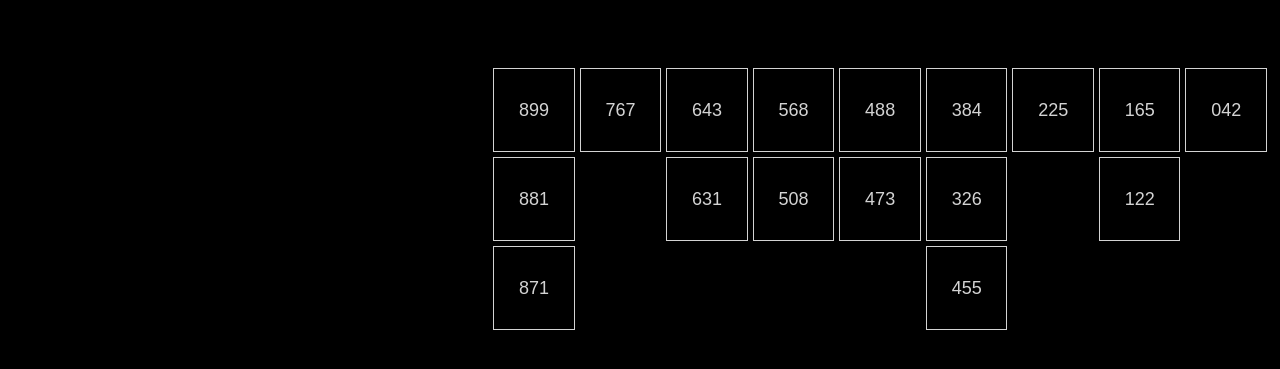
Repository: parkh899/parkh899.github.io
Page: lab/archive/archive.html
The author's editor kept a record of every edit. The page is drawn from the files as they stood at one moment, then again after the next edit.
The browser window is 1280 px wide. The pictures show the whole page.

Above is the page before.

After the next edit:
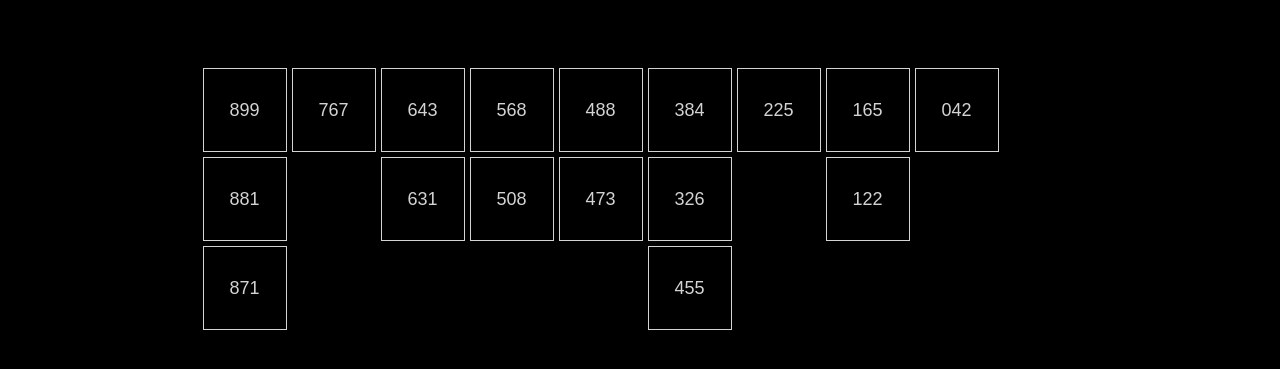
The edit:
--- a/lab/archive/archive.html
+++ b/lab/archive/archive.html
@@ -9,7 +9,7 @@
 
   table {
 	margin-top: 5%;
-	margin-left: 38%;
+	margin-left: 15%;
 	border-spacing: 5px;
   }
 
